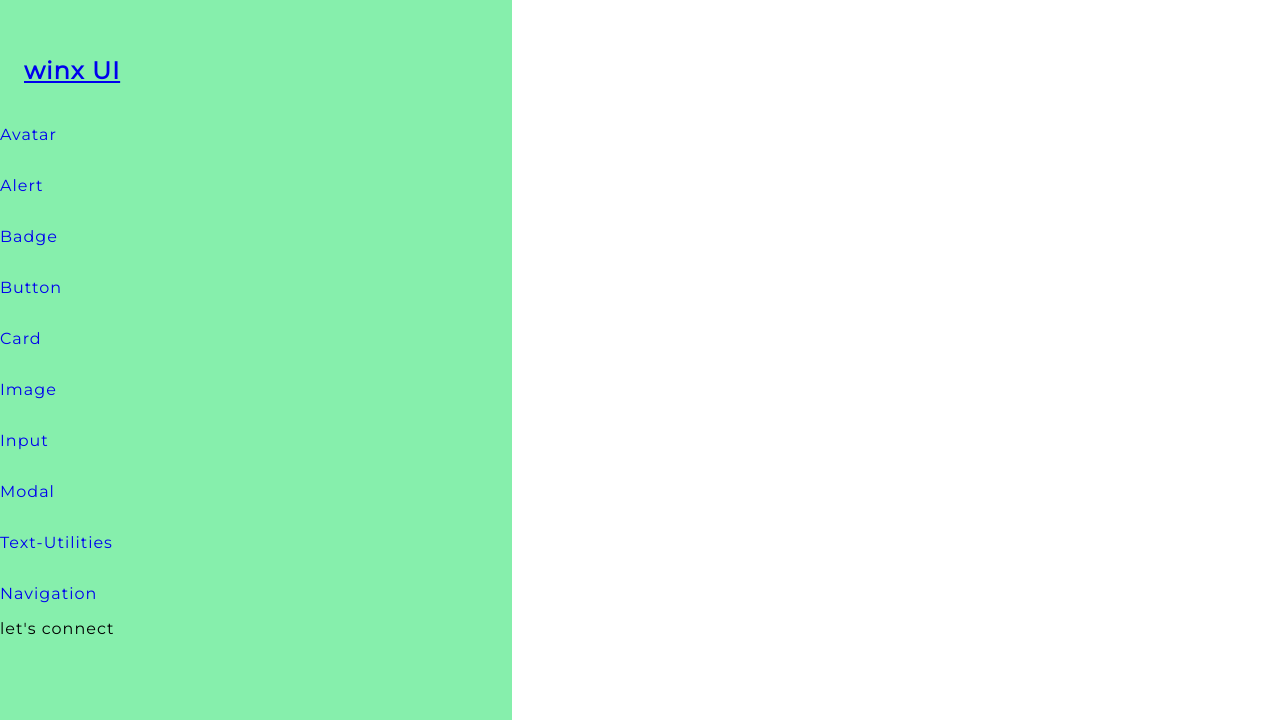
Repository: Anasooya2601/Components_UI
Page: main/main.html
The author's editor kept a copy of each file at every save. The page is drawn from the files as they stood at one save, then again after the next save.
The browser window is 1280 px wide. The pictures show the whole page.

Above is the page before, as saved 2022-02-12 10:09:56.

After the next save:
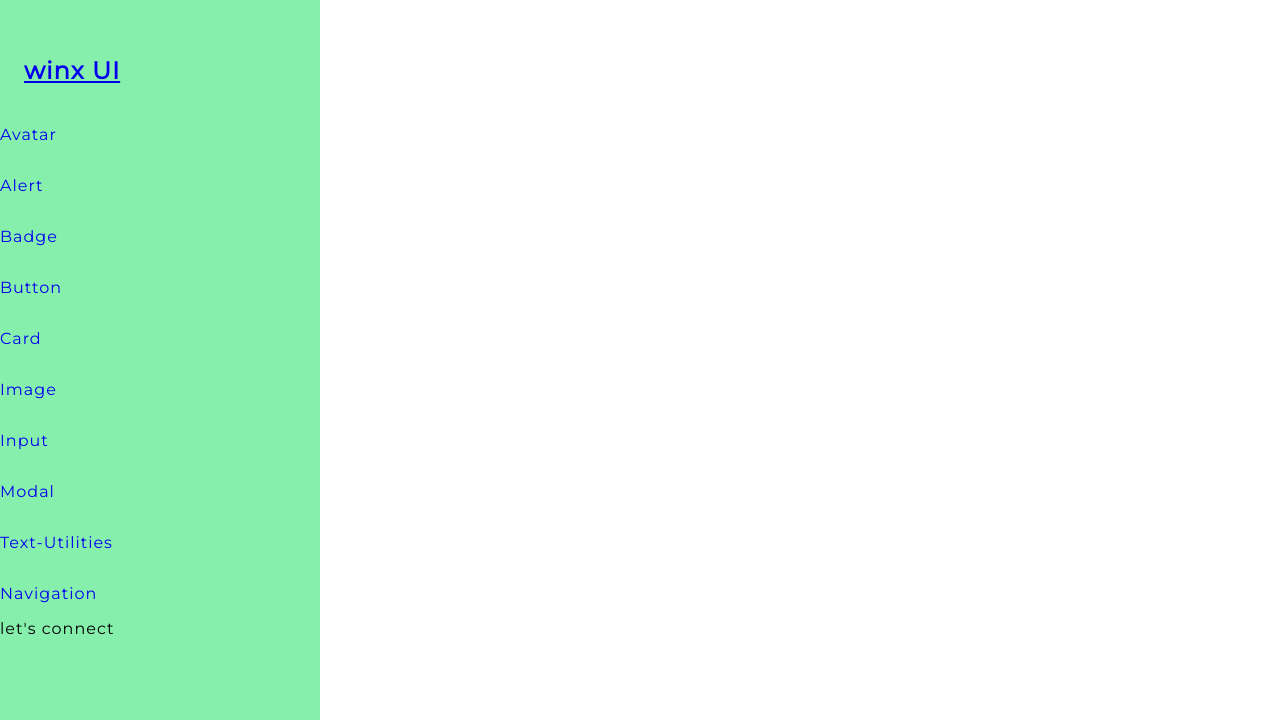
Saved 3 min 26 s later.
--- a/main/main.css
+++ b/main/main.css
@@ -44,7 +44,7 @@ body{
 }
 /* navbar */
 .navbar-wrapper{
-    width: 40%;
+    width: 25%;
     height: 100vh;
     font-size: 1rem;
     flex-direction: column;
